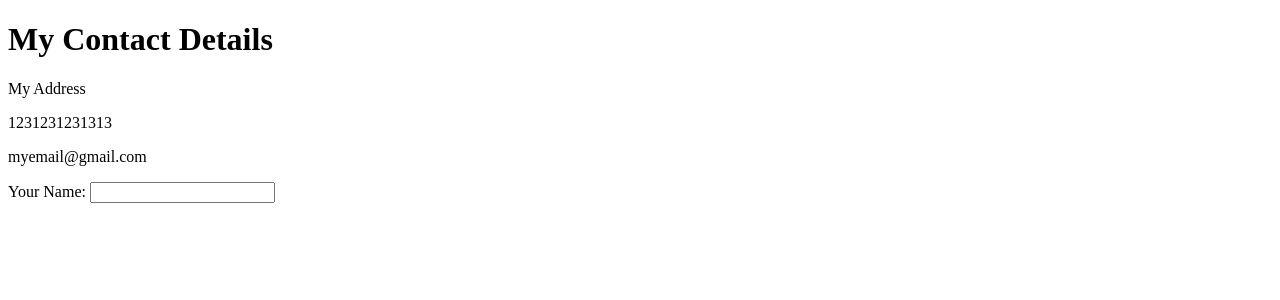
Repository: Isanderr/simple_landing_page-1
Page: contact.html
These files come from the project's save history. The page is drawn as it stood at one moment and after the next save; the edit follows.
The browser window is 1280 px wide. The pictures show the whole page.

Above is the page before, as saved 2019-01-28 23:25:21.

After the next save:
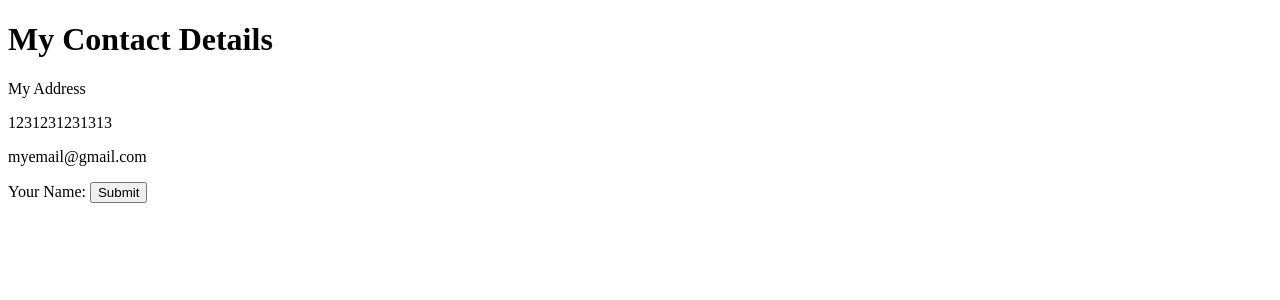
Saved 28 s later.
--- a/contact.html
+++ b/contact.html
@@ -15,7 +15,7 @@
         <p>myemail@gmail.com</p>
         <form action="">
             <label for="">Your Name:</label>
-            <input type="text">
+            <input type="submit">
         </form>
     </body>
 
